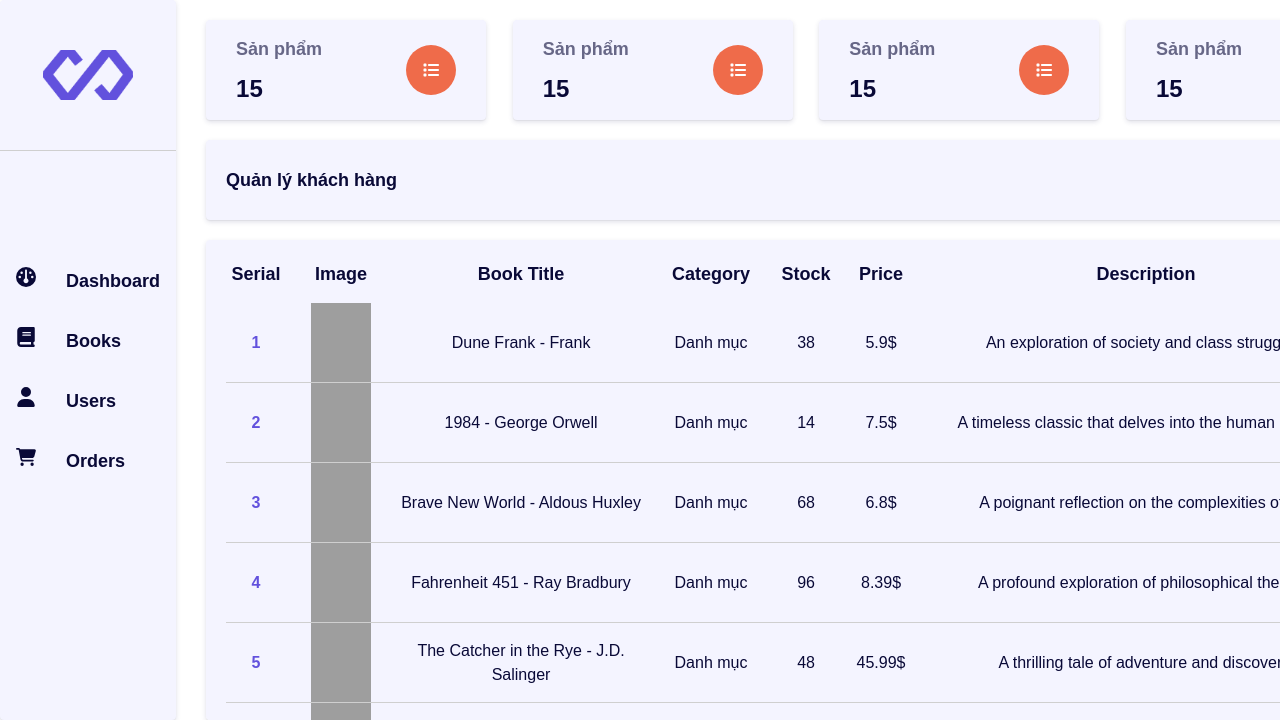
Repository: kauittt/BookStore_FE
Page: / (app in book-store/), after clicking the first element matching `svg.fa-pen`
The author's editor kept a copy of each file at every save. The page is drawn from the files as they stood at one save, then again after the next save.
The browser window is 1280 px wide. The pictures show the whole page.
Pictures or frames that could not be fetched are drawn as grey boxes. An inner scrolling area shows only its first screen. The project was rebuilt for these pictures with package versions that can differ from the ones it lists, and the page was loaded fresh each time. Also part of the build but not shown: book-store/vite.config.js, book-store/src/components/elements/FormInput.jsx, book-store/src/components/login-signup/Login.jsx, book-store/src/components/book/BookItem.jsx, book-store/src/components/book/BookList.jsx, book-store/src/components/elements/BackNavigation.jsx, book-store/src/components/book/BookDetail.jsx, book-store/src/components/cart/QuantitySelector.jsx and 4 more.

Above is the page before, as saved 2024-07-20 13:08:13.

### book-store/src/index.css
@tailwind base;

* {
    scrollbar-width: thin;
}

@tailwind components;
@tailwind utilities;

.container {
    width: 100%;
}
@media (min-width: 640px) {
    .container {
        max-width: 640px;
    }
}
@media (min-width: 768px) {
    .container {
        max-width: 768px;
    }
    @media (min-width: 1024px) {
        .container {
            max-width: 1024px;
        }
    }
    @media (min-width: 1280px) {
        .container {
            max-width: 1280px;
        }
    }
    @media (min-width: 1400px) {
        .container,
        .container-lg,
        .container-md,
        .container-sm,
        .container-xl,
        .container-xxl {
            max-width: 1320px;
        }
    }
}

### book-store/src/components/admin/AdminNav.jsx
import PropTypes from "prop-types";
import { FontAwesomeIcon } from "@fortawesome/react-fontawesome";
import {
    faCartShopping,
    faUser,
    faBook,
    faGauge,
} from "@fortawesome/free-solid-svg-icons";

const AdminNav = () => {
    return (
        <div
            className="flex flex-col  gap-[100px]
            font-semibold text-lg  w-[260px]
            bg-bgr-main shadow-custom rounded"
        >
            <div
                className="w-full flex justify-center mt-[50px] pb-[50px]
            border-b border-border"
            >
                <img
                    src="./image/Logo.png"
                    alt="Logo"
                    className="w-[90px] h-[50px]  object-cover"
                />
            </div>

            <div>
                <div
                    className="p-[16px]
            transition-all duration-200 ease-in-out
            group hover:bg-bgr-white hover:shadow-custom rounded
            cursor-pointer"
                >
                    <p className="flex gap-[10px]">
                        <FontAwesomeIcon
                            className="mr-[20px] w-[20px] h-[20px]"
                            icon={faGauge}
                        />
                        Dashboard
                    </p>
                </div>
                <div
                    className="p-[16px]
            transition-all duration-200 ease-in-out
            group hover:bg-bgr-white hover:shadow-custom rounded
            cursor-pointer"
                >
                    <p className="flex gap-[10px]">
                        <FontAwesomeIcon
                            className="mr-[20px] w-[20px] h-[20px]"
                            icon={faBook}
                        />
                        Books
                    </p>
                </div>
                <div
                    className="p-[16px]
            transition-all duration-200 ease-in-out
            group hover:bg-bgr-white hover:shadow-custom rounded
            cursor-pointer"
                >
                    <p className="flex gap-[10px]">
                        <FontAwesomeIcon
                            className="mr-[20px]  w-[20px] h-[20px]"
                            icon={faUser}
                        />
                        Users
                    </p>
                </div>
                <div
                    className="p-[16px]
            transition-all duration-200 ease-in-out
            group hover:bg-bgr-white hover:shadow-custom rounded
            cursor-pointer"
                >
                    <p className="flex gap-[10px]">
                        <FontAwesomeIcon
                            className="mr-[20px] w-[20px] h-[20px]"
                            icon={faCartShopping}
                        />
                        Orders
                    </p>
                </div>
            </div>
        </div>
    );
};

AdminNav.propTypes = {
    book: PropTypes.object,
};
export default AdminNav;

### book-store/src/components/admin/ManageList.jsx
import React from "react";
import PropTypes from "prop-types";
import { FontAwesomeIcon } from "@fortawesome/react-fontawesome";
import {
    faCartShopping,
    faUser,
    faBook,
    faGauge,
} from "@fortawesome/free-solid-svg-icons";
import ManageItem from "./ManageItem";
import FormButton from "./../elements/FormButton";
const ManageList = (props) => {
    console.log(window.innerHeight);
    const category = [
        {
            group: "Order",
            fields: [
                { name: "Serial", width: "50px" },
                { name: "Customer Name", width: "150px" },
                { name: "Book Title", width: "150px" },
                { name: "Quantity", width: "100px" },
                { name: "Price", width: "100px" },
                { name: "Phone Number", width: "100px" },
                { name: "Address", flex: "1" }, // Use flex for flexible widths
            ],
        },
        {
            group: "Book",
            fields: [
                { name: "Serial", style: "w-[60px] text-center" },
                { name: "Image", style: "w-[80px] text-center" },
                { name: "Book Title", style: "w-[250px] text-center" },
                { name: "Category", style: "w-[100px] text-center" },
                { name: "Stock", style: "w-[60px] text-center" },
                { name: "Price", style: "w-[60px] text-center" },
                { name: "Description", style: "flex-1 text-center" },
            ],
        },
        {
            group: "User",
            fields: [
                { name: "Serial", width: "50px" },
                { name: "Username", width: "150px" },
                { name: "Name", width: "200px" },
                { name: "Role", width: "100px" },
                { name: "Email", width: "200px" },
                { name: "Phone Number", width: "150px" },
                { name: "Address", flex: "1" },
            ],
        },
    ];

    return (
        //* Danh sách sản phẩm
        <div
            className="max-w-[1200px] w-[1200px] p-[20px] pr-[40px]
        flex flex-col gap-[15px] bg-bgr-main shadow-custom rounded
        overflow-y-auto"
        >
            {/*//* Category */}
            <div
                className="flex justify-between items-center gap-[15px]
            font-semibold text-lg"
            >
                {category[1].fields.map((field, index) => (
                    <p key={index} className={`${field.style} `}>
                        {field.name}
                    </p>
                ))}
            </div>

            {/*//* List Item */}
            <div className="flex flex-col max-h-full ">
                {props.books.map((book, index) => (
                    <ManageItem
                        data={book}
                        category={category[1].fields}
                        key={index}
                        index={index}
                    ></ManageItem>
                ))}
            </div>

            {/* <div className="flex justify-end">
                <FormButton name="Checkout"></FormButton>
            </div> */}
        </div>
    );
};
ManageList.propTypes = {
    books: PropTypes.array,
};
export default ManageList;

### book-store/src/components/admin/AdminPage.jsx
import React from "react";
import PropTypes from "prop-types";
import ManageList from "./ManageList";
import AdminNav from "./AdminNav";
import Card from "./../elements/Card";
import ManageTitle from "./ManageTitle";
import { FontAwesomeIcon } from "@fortawesome/react-fontawesome";
import {
    faCircleUser,
    faCartShopping,
    faHandHoldingDollar,
    faList,
} from "@fortawesome/free-solid-svg-icons";

const AdminPage = (props) => {
    return (
        <div
            className="flex gap-[30px] justify-between
        max-h-screen overflow-hidden
        "
        >
            {/*//* Left  */}
            <AdminNav></AdminNav>

            {/*//* Right  */}
            <div className="flex flex-col gap-[20px] pt-[20px] pr-[20px]">
                {/*//* Cards  */}
                <div className="flex justify-between items-center ">
                    <Card name="Sản phẩm" quantity={15} icon={faList}></Card>
                    <Card name="Sản phẩm" quantity={15} icon={faList}></Card>
                    <Card name="Sản phẩm" quantity={15} icon={faList}></Card>
                    <Card name="Sản phẩm" quantity={15} icon={faList}></Card>
                </div>

                {/*//* Title  */}
                <ManageTitle
                    name="Quản lý khách hàng"
                    button="Add User"
                ></ManageTitle>

                {/*//* List  */}
                <ManageList books={props.books}></ManageList>
            </div>
        </div>
    );
};

AdminPage.propTypes = {
    books: PropTypes.array,
};
export default AdminPage;

### book-store/src/components/elements/Card.jsx
import React from "react";
import PropTypes from "prop-types";
import { FontAwesomeIcon } from "@fortawesome/react-fontawesome";
import {
    faCircleUser,
    faCartShopping,
    faHandHoldingDollar,
    faList,
} from "@fortawesome/free-solid-svg-icons";
const Card = (props) => {
    return (
        <div
            className="flex items-center justify-between
            w-[280px] h-[100px] bg-bgr-main p-[30px]
        rounded shadow-custom"
        >
            <div className="flex flex-col gap-[10px]">
                <p className="text-lg text-text-light font-semibold">
                    {props.name}
                </p>
                <p className="text-2xl font-semibold">{props.quantity}</p>
            </div>
            <FontAwesomeIcon
                className="p-[17px] rounded-full
             bg-bgr-color text-text-white"
                icon={props.icon}
            />
            {/* <FontAwesomeIcon icon={faCartShopping} />
            <FontAwesomeIcon icon={faHandHoldingDollar} />
            <FontAwesomeIcon icon={faCircleUser} /> */}
        </div>
    );
};

Card.propTypes = {
    name: PropTypes.string,
    quantity: PropTypes.number,
    icon: PropTypes.object,
    color: PropTypes.string,
};
export default Card;

### book-store/src/components/elements/FormButton.jsx
import PropTypes from "prop-types";

const FormButton = ({
    name = "Button",
    main = true,
    type = "button",
    disabled = false,
    ...props
}) => {
    return (
        <button
            type={type}
            disabled={disabled}
            className={`m-w-[100px] w-[100px] m-h-[40px] h-[40px] leading-[40px]
            rounded text-lg font-semibold
            flex items-center justify-center
            cursor-pointer shadow-custom
            transition-all duration-200 ease-in-out
            bg-bgr-white
            ${main ? "bg-bgr-white" : "bg-bgr-white"}
            ${main ? "text-text-color" : "text-bgr-color"}
            ${
                main
                    ? "border border-text-color hover:bg-text-color hover:text-text-white"
                    : "border border-bgr-color hover:bg-bgr-color hover:text-text-white"
            }
            `}
            {...props}
        >
            {name}
        </button>
    );
};

FormButton.propTypes = {
    main: PropTypes.bool,
    name: PropTypes.string.isRequired,
    type: PropTypes.string,
    disabled: PropTypes.bool,
};

export default FormButton;

### book-store/src/components/admin/ManageItem.jsx
import PropTypes from "prop-types";
import { FontAwesomeIcon } from "@fortawesome/react-fontawesome";
import { faPen } from "@fortawesome/free-solid-svg-icons";
import { useState } from "react";
import Modal from "../elements/Modal";

const ManageItem = (props) => {
    // STT | Tên khách | Tên sách | Số lượng | Giá     | Phone | Address
    // STT | Hình      | Tên sách | Danh mục | Tồn kho | Giá   | Mô tả
    // STT | Username  | Name     | Role     | Email   | Phone | Address

    const isImage = props.data.image ? true : false;

    //* Handle model
    const [showModal, setShowModal] = useState(false);
    const [currentData, setCurrentData] = useState({});

    const handleEditClick = () => {
        setCurrentData(props.data);
        setShowModal(true);
    };

    const handleSave = (updatedData) => {
        console.log("Updated data:", updatedData);
        // Add logic to update the data in the parent component or backend
    };

    return (
        <div
            className="flex justify-between  items-center
                gap-[15px] min-h-[80px] h-[80px] relative
                border-b border-border"
        >
            <p
                className={`${props.category[0].style} font-semibold text-text-color`}
            >
                {props.index + 1}
            </p>

            {isImage ? (
                <div
                    className={`${props.category[1].style} h-full
                flex items-center justify-center`}
                >
                    <img
                        className="w-[60px] h-full object-cover"
                        src={props.data.image}
                        alt="Image"
                    />
                </div>
            ) : (
                <p className={`${props.category[1].style} `}>Tăng Khải Minh</p>
            )}

            <p className={`${props.category[2].style} `}>
                {props.data.name + " - " + props.data.author}
            </p>

            <p className={`${props.category[3].style} `}>Danh mục</p>

            <p className={`${props.category[4].style} `}>
                {props.data.quantity}
            </p>

            <p className={`${props.category[5].style} `}>{props.data.price}$</p>

            <p className={`${props.category[6].style} `}>
                {props.data.description}
            </p>

            <FontAwesomeIcon
                className="absolute right-[-38px] p-[10px] rounded cursor-pointer
                text-bgr-color
                transition-all duration-200 ease-in-out
                hover:bg-bgr-color hover:text-text-white  "
                icon={faPen}
                onClick={handleEditClick}
            />

            {showModal && (
                <Modal
                    onClose={() => setShowModal(false)}
                    data={currentData}
                    onSave={handleSave}
                />
            )}
        </div>
    );
};
ManageItem.propTypes = {
    data: PropTypes.object,
    category: PropTypes.array,
    index: PropTypes.number,
};
export default ManageItem;

### book-store/src/components/admin/ManageTitle.jsx
import React from "react";
import PropTypes from "prop-types";
import FormButton from "./../elements/FormButton";

const ManageTitle = (props) => {
    return (
        <div
            className="flex justify-between items-center
        h-[80px] bg-bgr-main p-[20px]
            rounded shadow-custom"
        >
            <p className="font-semibold text-lg">{props.name}</p>
            <FormButton name={props.button}></FormButton>
        </div>
    );
};

ManageTitle.propTypes = {
    name: PropTypes.string,
    button: PropTypes.string,
};

export default ManageTitle;

### book-store/src/components/elements/Modal.jsx
import { useState, useEffect } from "react";
import PropTypes from "prop-types";

const Modal = ({ show, onClose, data, onSave }) => {
    const [formData, setFormData] = useState(data);

    useEffect(() => {
        setFormData(data);
    }, [data]);

    if (!show) return null;

    const handleChange = (e) => {
        const { name, value } = e.target;
        setFormData({
            ...formData,
            [name]: value,
        });
    };

    const handleSubmit = (e) => {
        e.preventDefault();
        onSave(formData);
        onClose();
    };

    return (
        <div
            id="crud-modal"
            className="fixed inset-0 bg-black bg-opacity-50 flex justify-center items-center z-50"
        >
            <div className="relative p-4 w-full max-w-md max-h-full">
                <div className="relative bg-white rounded-lg shadow dark:bg-gray-700">
                    <div className="flex items-center justify-between p-4 md:p-5 border-b rounded-t dark:border-gray-600">
                        <h3 className="text-lg font-semibold text-gray-900 dark:text-white">
                            Edit Book
                        </h3>
                        <button
                            type="button"
                            className="text-gray-400 bg-transparent hover:bg-gray-200 hover:text-gray-900 rounded-lg text-sm w-8 h-8 ms-auto inline-flex justify-center items-center dark:hover:bg-gray-600 dark:hover:text-white"
                            onClick={onClose}
                        >
                            <svg
                                className="w-3 h-3"
                                aria-hidden="true"
                                xmlns="http://www.w3.org/2000/svg"
                                fill="none"
                                viewBox="0 0 14 14"
                            >
                                <path
                                    stroke="currentColor"
                                    strokeLinecap="round"
                                    strokeLinejoin="round"
                                    strokeWidth="2"
                                    d="m1 1 6 6m0 0 6 6M7 7l6-6M7 7l-6 6"
                                />
                            </svg>
                            <span className="sr-only">Close modal</span>
                        </button>
                    </div>
                    <form className="p-4 md:p-5" onSubmit={handleSubmit}>
                        <div className="grid gap-4 mb-4 grid-cols-2">
                            <div className="col-span-2">
                                <label
                                    htmlFor="name"
                                    className="block mb-2 text-sm font-medium text-gray-900 dark:text-white"
                                >
                                    Name
                                </label>
                                <input
                                    type="text"
                                    name="name"
                                    id="name"
                                    value={formData.name}
                                    onChange={handleChange}
                                    className="bg-gray-50 border border-gray-300 text-gray-900 text-sm rounded-lg focus:ring-primary-600 focus:border-primary-600 block w-full p-2.5 dark:bg-gray-600 dark:border-gray-500 dark:placeholder-gray-400 dark:text-white dark:focus:ring-primary-500 dark:focus:border-primary-500"
                                    placeholder="Type product name"
                                    required
                                />
                            </div>
                            <div className="col-span-2 sm:col-span-1">
                                <label
                                    htmlFor="price"
                                    className="block mb-2 text-sm font-medium text-gray-900 dark:text-white"
                                >
                                    Price
                                </label>
                                <input
                                    type="number"
                                    name="price"
                                    id="price"
                                    value={formData.price}
                                    onChange={handleChange}
                                    className="bg-gray-50 border border-gray-300 text-gray-900 text-sm rounded-lg focus:ring-primary-600 focus:border-primary-600 block w-full p-2.5 dark:bg-gray-600 dark:border-gray-500 dark:placeholder-gray-400 dark:text-white dark:focus:ring-primary-500 dark:focus:border-primary-500"
                                    placeholder="$2999"
                                    required
                                />
                            </div>
                            <div className="col-span-2 sm:col-span-1">
                                <label
                                    htmlFor="category"
                                    className="block mb-2 text-sm font-medium text-gray-900 dark:text-white"
                                >
                                    Category
                                </label>
                                <select
                                    id="category"
                                    name="category"
                                    value={formData.category}
                                    onChange={handleChange}
                                    className="bg-gray-50 border border-gray-300 text-gray-900 text-sm rounded-lg focus:ring-primary-500 focus:border-primary-500 block w-full p-2.5 dark:bg-gray-600 dark:border-gray-500 dark:placeholder-gray-400 dark:text-white dark:focus:ring-primary-500 dark:focus:border-primary-500"
                                >
                                    <option value="Select category">
                                        Select category
                                    </option>
                                    <option value="TV">TV/Monitors</option>
                                    <option value="PC">PC</option>
                                    <option value="GA">Gaming/Console</option>
                                    <option value="PH">Phones</option>
                                </select>
                            </div>
                            <div className="col-span-2">
                                <label
                                    htmlFor="description"
                                    className="block mb-2 text-sm font-medium text-gray-900 dark:text-white"
                                >
                                    Product Description
                                </label>
                                <textarea
                                    id="description"
                                    name="description"
                                    value={formData.description}
                                    onChange={handleChange}
                                    rows="4"
                                    className="block p-2.5 w-full text-sm text-gray-900 bg-gray-50 rounded-lg border border-gray-300 focus:ring-blue-500 focus:border-blue-500 dark:bg-gray-600 dark:border-gray-500 dark:placeholder-gray-400 dark:text-white dark:focus:ring-blue-500 dark:focus:border-blue-500"
                                    placeholder="Write product description here"
                                ></textarea>
                            </div>
                        </div>
                        <button
                            type="submit"
                            className="text-white inline-flex items-center bg-blue-700 hover:bg-blue-800 focus:ring-4 focus:outline-none focus:ring-blue-300 font-medium rounded-lg text-sm px-5 py-2.5 text-center dark:bg-blue-600 dark:hover:bg-blue-700 dark:focus:ring-blue-800"
                        >
                            <svg
                                className="me-1 -ms-1 w-5 h-5"
                                fill="currentColor"
                                viewBox="0 0 20 20"
                                xmlns="http://www.w3.org/2000/svg"
                            >
                                <path
                                    fillRule="evenodd"
                                    d="M10 5a1 1 0 011 1v3h3a1 1 0 110 2h-3v3a1 1 0 11-2 0v-3H6a1 1 0 110-2h3V6a1 1 0 011-1z"
                                    clipRule="evenodd"
                                ></path>
                            </svg>
                            Save Changes
                        </button>
                    </form>
                </div>
            </div>
        </div>
    );
};

Modal.propTypes = {
    show: PropTypes.bool.isRequired,
    onClose: PropTypes.func.isRequired,
    data: PropTypes.object.isRequired,
    onSave: PropTypes.func.isRequired,
};

export default Modal;

Loaded but not shown: book-store/index.html (common file); book-store/src/main.jsx (common file); book-store/tailwind.config.js (34 lines, source omitted); book-store/src/App.jsx (146 lines, source omitted)

After the next save:
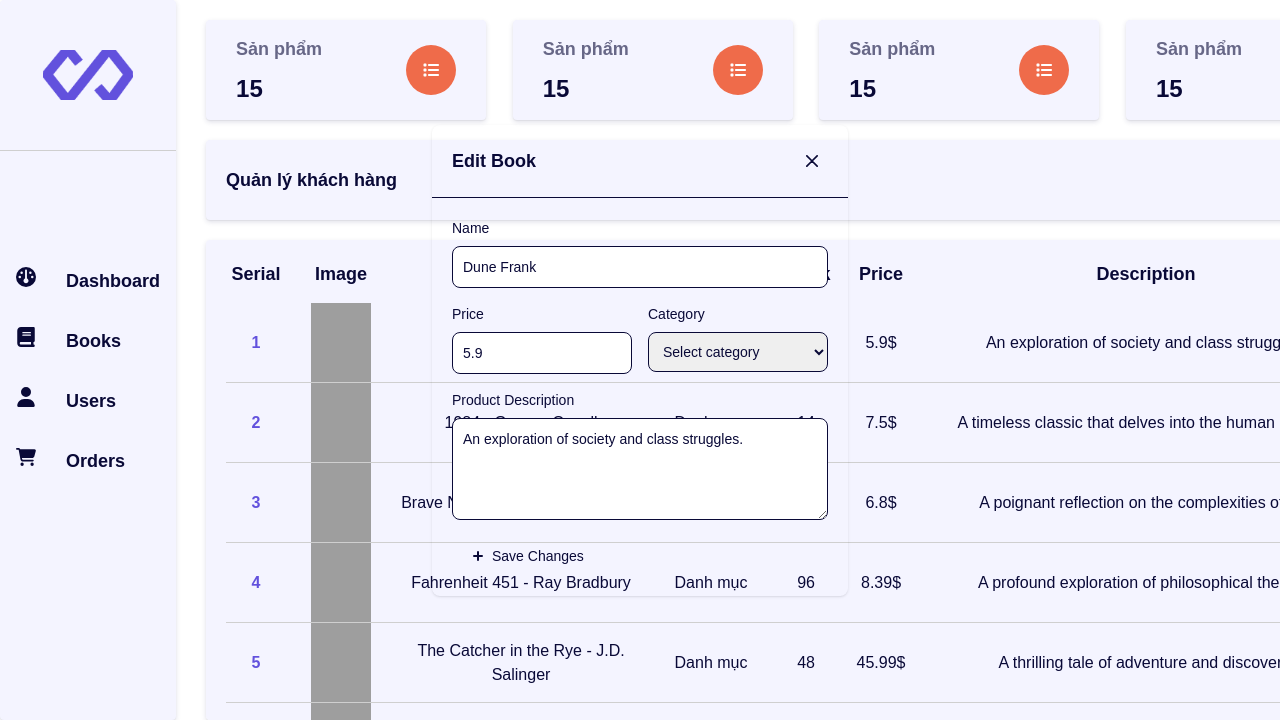
Saved 6 s later.
--- a/book-store/src/components/elements/Modal.jsx
+++ b/book-store/src/components/elements/Modal.jsx
@@ -1,14 +1,12 @@
 import { useState, useEffect } from "react";
 import PropTypes from "prop-types";
 
-const Modal = ({ show, onClose, data, onSave }) => {
+const Modal = ({ onClose, data, onSave }) => {
     const [formData, setFormData] = useState(data);
 
     useEffect(() => {
         setFormData(data);
     }, [data]);
-
-    if (!show) return null;
 
     const handleChange = (e) => {
         const { name, value } = e.target;
